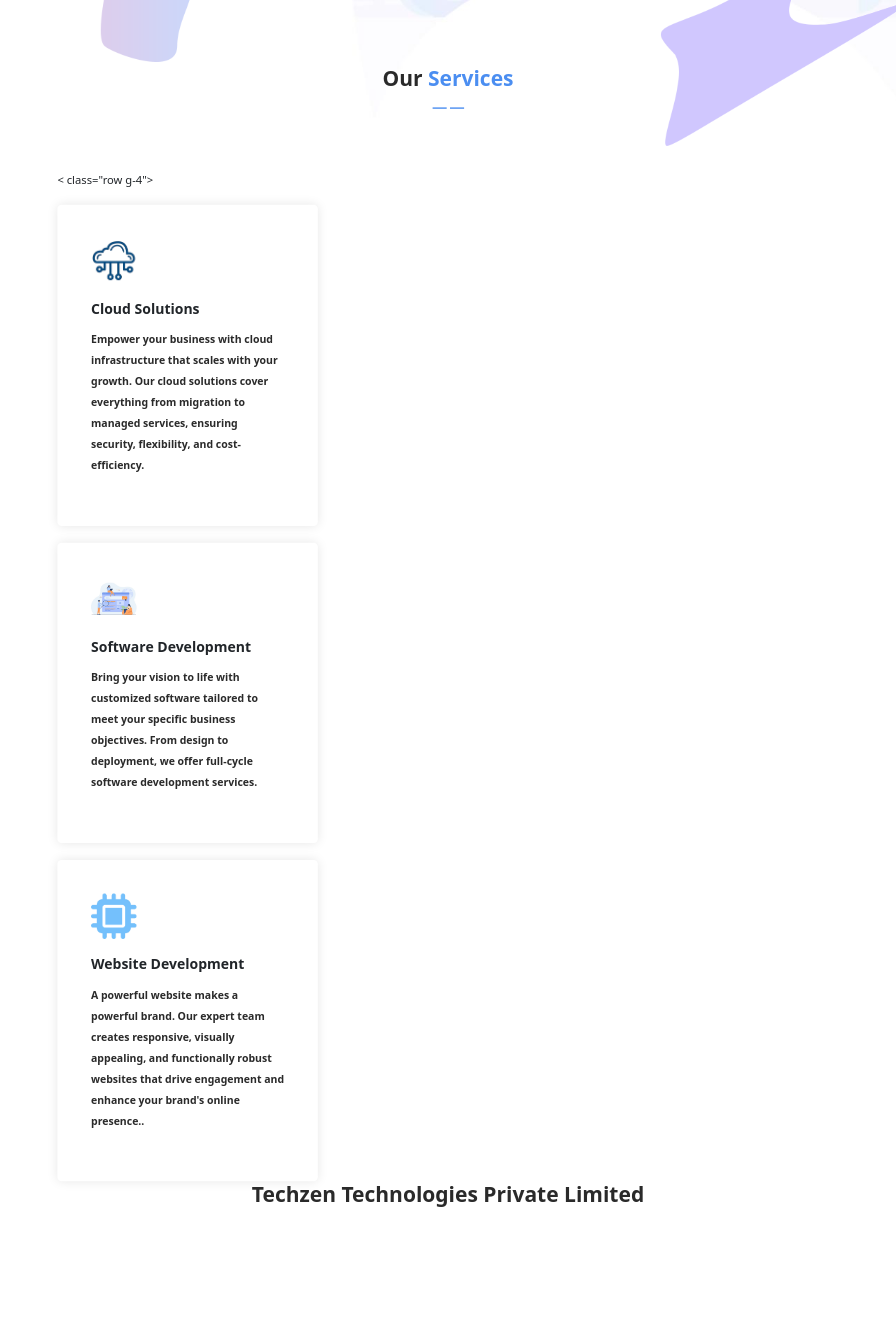
Repository: vijayholve/techzen
Page: about.html
These files come from the project's save history. The page is drawn as it stood at one moment and after a run of saves; the edit follows.
The browser window is 1280 px wide. The pictures show the part of the page from y = 1629 to 3549 px (the page is 4012 px tall before and 4722 px after), at 70% of full size.
Some web libraries are served in a nearby version.

Above is the page before, as saved 2024-11-13 16:48:53.

### about.html


<!DOCTYPE html>
<html lang="en">

  <head>

    <meta charset="UTF-8">
    <meta name="viewport" content="width=device-width, initial-scale=1, shrink-to-fit=no">
    <meta name="description" content="">
    <meta name="author" content="">
    <link rel="preconnect" href="https://fonts.googleapis.com">
    <link rel="preconnect" href="https://fonts.gstatic.com" crossorigin>
    <link href="https://fonts.googleapis.com/css2?family=Roboto:wght@100;300;400;500;700;900&display=swap" rel="stylesheet">

    <title>Techzen</title>

    <!-- Bootstrap core CSS -->
    <link href="vendor/bootstrap/css/bootstrap.min.css" rel="stylesheet">

<!--

TemplateMo 570 Chain App Dev

https://templatemo.com/tm-570-chain-app-dev

-->

    <!-- Additional CSS Files -->
    <link rel="stylesheet" href="https://use.fontawesome.com/releases/v5.8.1/css/all.css" integrity="sha384-50oBUHEmvpQ+1lW4y57PTFmhCaXp0ML5d60M1M7uH2+nqUivzIebhndOJK28anvf" crossorigin="anonymous">
    <link rel="stylesheet" href="assets/css/templatemo-chain-app-dev.css">
    <link rel="stylesheet" href="assets/css/animated.css">
    <link rel="stylesheet" href="assets/css/owl.css">
    <!-- <link rel="stylesheet" href="asse?ts/css2/templatemo-space-dynamic.css"> -->
<!-- <link rel="stylesheet" href="assets/css/style.css"> -->
<link href="https://cdn.jsdelivr.net/npm/bootstrap@5.3.0/dist/css/bootstrap.min.css" rel="stylesheet">
<link rel="stylesheet" href="assets/css/other.css">
</head>

<body>

<header class="navbar navbar-expand-lg fixed-top header-area header-sticky wow slideInDown" data-wow-duration="0.75s" data-wow-delay="0s">
  <div class="container">
    <div class="row">
      <div class="col-12">
        <nav class="main-nav">
          <!-- ***** Logo Start ***** -->
          <a href="index.html" class="logo img-fluid">
            <img src="assets/images/logo-tech.png" class="img-fluid custom-logo" alt="Chain App Dev">
          </a>

          <!-- ***** Logo End ***** -->
          <!-- ***** Menu Start ***** -->
          <ul class="nav">
            <li class="scroll-to-section"><a href="index.html">Home</a></li>
            <li class="scroll-to-section"><a href="service.html">Services</a></li>
            <li class="scroll-to-section"><a href="about.html" class="text-primary">About</a></li>
            <li class="scroll-to-section"><a href="support.html"  >Solution</a></li>
          </ul>
          <!-- ***** Menu End ***** -->
        </nav>
      </div>
    </div>
  </div>
</header>



  <div class="main-banner-about wow fadeIn" id="top" data-wow-duration="1s" data-wow-delay="0.5s">
    <div class="container">
      <div class="row">
        <div class="col-lg-12">
          <div class="row">
            <div class="col-lg-6 align-self-center">
              <div class="left-content header-text wow fadeInLeft" data-wow-duration="1s" data-wow-delay="1s">
                <h6 class="text-dark">Welcome to Techzen</h6>
                <h2>Transforming Your Vision into Outstanding <em>Websites </em> &amp; <span>Apps</span> .</h2>
                <p>We are a dynamic organization driven by a young and enthusiastic bunch of people, who are our real strength. We love our work and our workplace. The challenges at work turn a humdrum day into an adventure. While the team spirit makes even the most difficult task seem easy..</p>
                <!-- <form id="search" action="#" method="GET">
                  <fieldset>
                    <input type="address" name="address" class="email" placeholder="Your website URL..." autocomplete="on" required>
                  </fieldset>
                  <fieldset>
                    <button type="submit" class="main-button">Analyze Site</button>
                  </fieldset>
                </form> -->
              </div>
            </div>
            <div class="col-lg-6">
              <img src="assets/images/about.jpg" class="right-image-about wow fadeInRight" data-wow-duration="1s" data-wow-delay="0.5s">
                 <!-- alt="team meeting"> -->
            </div>
          </div>
        </div>
      </div>
    </div>
  </div>

  <div id="about" class="about-us section">
    <div class="container">
      <div class="row">
        <div class="col-lg-6 align-self-center">
          <div class="section-heading">
            <h4>About <em>What We Do</em> &amp; Who We Are</h4>
            <img src="assets/images/heading-line-dec.png" alt="">
            <!-- <p>Lorem ipsum dolor sit amet, consectetur adipiscing elit, sed do eismod tempor incididunt ut labore et dolore magna.</p> -->
          </div>
          <div class="row">
            <div class="col-lg-6">
              <div class="box-item">
                <h4><a href="#">Maintance Problems</a></h4>
                <!-- <p>Lorem Ipsum Text</p> -->
              </div>
            </div>
            <div class="col-lg-6">
              <div class="box-item">
                <h4><a href="#">24/7 Support &amp; Help</a></h4>
                <!-- <p>Lorem Ipsum Text</p> -->
              </div>
            </div>
            <div class="col-lg-6">
              <div class="box-item">
                <h4><a href="#">Fixing Issues About</a></h4>
                <!-- <p>Lorem Ipsum Text</p> -->
              </div>
            </div>
            <div class="col-lg-6">
              <div class="box-item">
                <h4><a href="#">Co. Development</a></h4>
                <!-- <p>Lorem Ipsum Text</p> -->
              </div>
            </div>
            <div class="col-lg-12 text-dark font-weight-bold">
              <p>Techzen IT Solutions is a leading firm based in India. "Our ultimate objective is to provide best services and improve overall growth of client's business in the cut-throat market".
                .</p>
              <div class="gradient-button">
                <!-- <a href="#">Start 14-Day Free Trial</a> -->
              </div>
              <!-- <span>*No Credit Card Required</span> -->
            </div>
          </div>
        </div>
        <div class="col-lg-6">
          <div class="right-image">
            <img src="assets/images/about-right-dec.png" alt="">
          </div>
        </div>
      </div>
    </div>
  </div>


  <div id="services" class="services section">
    <div class="container">
      <div class="row">
        <div class="col-lg-8 offset-lg-2">
          <div class="section-heading  wow fadeInDown" data-wow-duration="1s" data-wow-delay="0.5s">
            <h4>Our
              <em>Services</em></h4>
            <img src="assets/images/heading-line-dec.png" alt="">

            </p>
          </div>
        </div>
      </div>
    </div>
  <div class="container">

    < class="row g-4">
        <div class="col-lg-4 col-md-6  wow fadeInUp" data-wow-delay="0.4s">
            <div class="service-item mt-4 rounded h-100 p-5">
                <div class="d-inline-flex align-items-center justify-content-center bg-white rounded-circle mb-4" style="width: 65px; height: 65px;">
                    <img src="all images/th__8_-removebg-preview.png" alt="">
                </div>
                <h4 class="mb-3">Cloud Solutions</h4>
                <p class="mb-4">Empower your business with cloud infrastructure that scales with your growth. Our cloud
                  solutions cover everything from migration to managed services, ensuring security, flexibility,
                  and cost-efficiency.</p>
            </div>
        </div>
        <div class="col-lg-4 col-md-6 wow fadeInUp" data-wow-delay="0.4s">
            <div class="service-item mt-4 rounded h-100 p-5">
                <div class="d-inline-flex align-items-center justify-content-center bg-white rounded-circle mb-4" style="width: 65px; height: 65px;">
                    <img src="assets/images/about.jpg" alt="">
                </div>
                <h4 class="mb-3">Software Development</h4>
                <p class="mb-4">Bring your vision to life with customized software tailored to meet your specific business
                  objectives. From design to deployment, we offer full-cycle software development services.</p>
            </div>
        </div>
        <div class="col-lg-4 col-md-6 wow fadeInUp" data-wow-delay="0.4s">
            <div class="service-item mt-4 rounded h-100 p-5">
                <div class="d-inline-flex align-items-center justify-content-center bg-white rounded-circle mb-4" style="width: 65px; height: 65px;">
                    <img src="assets/images/microchip-solid__1___2_-removebg-preview.png" alt="">
                </div>
                <h4 class="mb-3">Website Development</h4>
                <p class="mb-4">A powerful website makes a powerful brand. Our expert team creates responsive, visually
                  appealing, and functionally robust websites that drive engagement and enhance your brand's
                  online presence..</p>
            </div>
        </div>
        </





  <footer id="newsletter">
    <div class="container">
      <div class="row">
        <div class="col-lg-8 offset-lg-2">
          <div class="section-heading">
            <h4>Techzen Technologies Private limited</h4>
          </div>
        </div>
        <div class="col-lg-6 offset-lg-3">

        </div>
      </div>
      <div class="row">
          <div class="col-lg-3">
            <div class="footer-widget">
              <h4>About Us</h4>

              <ul>
                <li><a href="index.html">Home</a></li>
                <li><a href="about.html">About</a></li>
                <li><a href="service.html">Service</a></li>
                <li><a href="support.html">Solution</a></li>
            </div>
          </div>
        <div class="col-lg-3">
          <div class="footer-widget">
            <h4>Contact Us</h4>
            <p>
              Techzen Technologies Private Limited
              Mauli Nagar, Magarpatta, Hadapsar, Pune, Maharashtra 411028</p>
            <p><a href="#">
              📞 +91 8180944800
              </a></p>
            <!--<p><a href="#"> Support: support@techzentech.in</a></p>
              <p><a href="#"> Contact: info@techzentech.in</a></p>  -->
          </div>
        </div>
        <div class="col-lg-3">
          <div class="footer-widget">
            <h4>Useful Links</h4>
            <ul>
              <li><a href="https://www.instagram.com/techzen_technologies_
                ">Instagram </a></li>
              <li><a href="https://www.linkedin.com/in/techzen-technologies-4746372a7
                ">Linkedin</a></li>
              <!-- <li><a href="#">Development</a></li>
              <li><a href="#">App News</a></li> -->
            </ul>
            <!-- <ul>
              <li><a href="#">App Dev Team</a></li>
              <li><a href="#">Digital Web</a></li>
              <li><a href="#">Normal Apps</a></li>
            </ul> -->
          </div>
        </div>
        <div class="col-lg-3">
            <div class="footer-widget">
              <h4>Technical Support </h4>
              <p>

                  <p><a href="#">  support@techzentech.in</a></p>
                  <p><a href="#">  info@techzentech.in</a></p>
                  <p><a href="#">sales@techzentech.in</a></p>
              <p><a href="#">
                📞 +91 8177816241
                </a></p>
              <!-- <p><a href="#">Sales: sales@techzentech.in</a></p> -->
              <!-- <p><a href="#"> Support: support@techzentech.in</a></p>
                <p><a href="#"> Contact: info@techzentech.in</a></p> -->
            </div>
          </div>
        <!-- <div class="col-lg-3">
          <div class="footer-widget">
            <h4>About Our Company</h4>
            <div class="logo">
              <img src="assets/images/white-logo.png" alt="">
            </div>
            <p>We are a dynamic organization driven by a young and enthusiastic bunch of people, who are our real strength. We love our work and our workplace. The challenges at work turn a humdrum day into an adventure. While the team spirit makes even the most difficult task seem easy..</p>
          </div>
        </div> -->
        <div class="col-lg-12">
          <div class="copyright-text">
            <p>Copyright © Techzen App Dev Company. All Rights Reserved.
          </div>
        </div>
      </div>
    </div>
  </footer>


 <!-- Scripts -->
 <script src="vendor/jquery/jquery.min.js"></script>
 <script src="https://code.jquery.com/jquery-3.3.1.slim.min.js" integrity="sha384-q8i/X+965DzO0rT7abK41JStQIAqVgRVzpbzo5smXKp4YfRvH+8abtTE1Pi6jizo" crossorigin="anonymous"></script>
 <script src="https://cdn.jsdelivr.net/npm/popper.js@1.14.7/dist/umd/popper.min.js" integrity="sha384-UO2eT0CpHqdSJQ6hJty5KVphtPhzWj9WO1clHTMGa3JDZwrnQq4sF86dIHNDz0W1" crossorigin="anonymous"></script>
 <script src="https://cdn.jsdelivr.net/npm/bootstrap@4.3.1/dist/js/bootstrap.min.js" integrity="sha384-JjSmVgyd0p3pXB1rRibZUAYoIIy6OrQ6VrjIEaFf/nJGzIxFDsf4x0xIM+B07jRM" crossorigin="anonymous"></script> <script src="assets/js/owl-carousel.js"></script>
 <script src="assets/js/animation.js"></script>


</body>
</html>

### assets/css/other.css

.contact-us {
    padding: 160px 0px;
    background-image: url(../images/White_Colorful_Modern_Diagram_Graph__4_-removebg-preview.png);
    background-repeat: no-repeat;
    background-position: center center;
    background-size: cover;
  }

  .contact-us .section-heading h2,
  .contact-us .section-heading h2 em,
  .contact-us .section-heading h2 span {
    color: #fff;
  }

  .contact-us .section-heading p {
    color: #fff;
    margin-top: 30px;
  }

  .phone-info {
    margin-top: 40px;
  }

  .phone-info h4 {
    font-size: 20px;
    font-weight: 700;
    color: #fff;
  }

  .phone-info h4 span i {
    width: 46px;
    height: 46px;
    display: inline-block;
    text-align: center;
    line-height: 46px;
    background-color: #fff;
    border-radius: 50%;
    color: #ff3b2c;
    font-size: 22px;
    margin-left: 30px;
    margin-right: 15px;
  }

  .phone-info h4 span a {
    color: #fff;
    font-size: 15px;
    font-weight: 400;
  }

  form#contact .contact-dec {
    position: absolute;
    right: -166px;
    bottom: 0;
  }

  form#contact .contact-dec img {
    max-width: 178px;
  }

  form#contact {
    margin-left: 30px;
    position: relative;
    background-color: #fff;
    padding: 60px 30px;
    border-radius: 20px;
  }

  form#contact input {
    width: 100%;
    height: 46px;
    border-radius: 33px;
    background-color: #d1f3ff;
    border: none;
    outline: none;
    font-size: 15px;
    font-weight: 300;
    color: #2a2a2a;
    padding: 0px 20px;
    margin-bottom: 20px;
  }

  form#contact input::placeholder {
    color: #2a2a2a;
  }

  form#contact textarea {
    width: 100%;
    min-width: 100%;
    max-width: 100%;
    max-height: 180px;
    min-height: 140px;
    height: 140px;
    border-radius: 20px;
    background-color: #d1f3ff;
    border: none;
    outline: none;
    font-size: 15px;
    font-weight: 300;
    color: #2a2a2a;
    padding: 15px 20px;
    margin-bottom: 20px;
  }

  form#contact textarea::placeholder {
    color: #2a2a2a;
  }

  form#contact button {
    display: inline-block;
    background-color: #03a4ed;
    font-size: 15px;
    font-weight: 400;
    color: #fff;
    text-transform: capitalize;
    padding: 12px 25px;
    border-radius: 23px;
    letter-spacing: 0.25px;
    border: none;
    outline: none;
    transition: all .3s;
  }

  form#contact button:hover {
    background-color: #fe3f40;
  }

  .img-service{
    width: 250px;
    height: auto;
    margin-bottom: 20px;
  }

.header-area {
  z-index: 1000; /* Ensure it stays on top of other elements */
}
.custom-logo {
max-width: 150px; /* Set your preferred maximum width */
height: auto; /* Maintains aspect ratio */
}

/* </style */

.main-nav .nav {
display: none;
}

.main-nav .nav.active {
display: block;
}
.menu-trigger {
display: inline-block;
cursor: pointer;
}

.menu-trigger span {
display: block;
background: #333;
width: 30px;
height: 3px;
margin: 5px 0;
}




.main-banner-about .left-content h2 {
font-size: 50px;
font-weight: 700;
color: #2a2a2a;
line-height: 72px;
}

.main-banner-about .left-content h2 em {
color: #03a4ed;
font-style: normal;
}

.main-banner-about .left-content h2 span {
color: #fe3f40;
}

.main-banner-about .left-content p {
margin: 20px 0px;
}

.main-banner-about .left-content form {
margin-top: 30px;
width: 470px;
height: 66px;
position: relative;
}


.menu-trigger {
display: inline-block;
cursor: pointer;
}

.menu-trigger span {
display: block;
background: #333;
width: 30px;
height: 3px;
margin: 5px 0;
}

Loaded but not shown: vendor/bootstrap/css/bootstrap.min.css (library); assets/css/animated.css (common file); vendor/jquery/jquery.min.js (library); assets/js/owl-carousel.js (3448 lines, source omitted); assets/js/animation.js (193 lines, source omitted); assets/css/templatemo-chain-app-dev.css (2272 lines, source omitted); assets/css/owl.css (186 lines, source omitted)

After the next 3 saves:
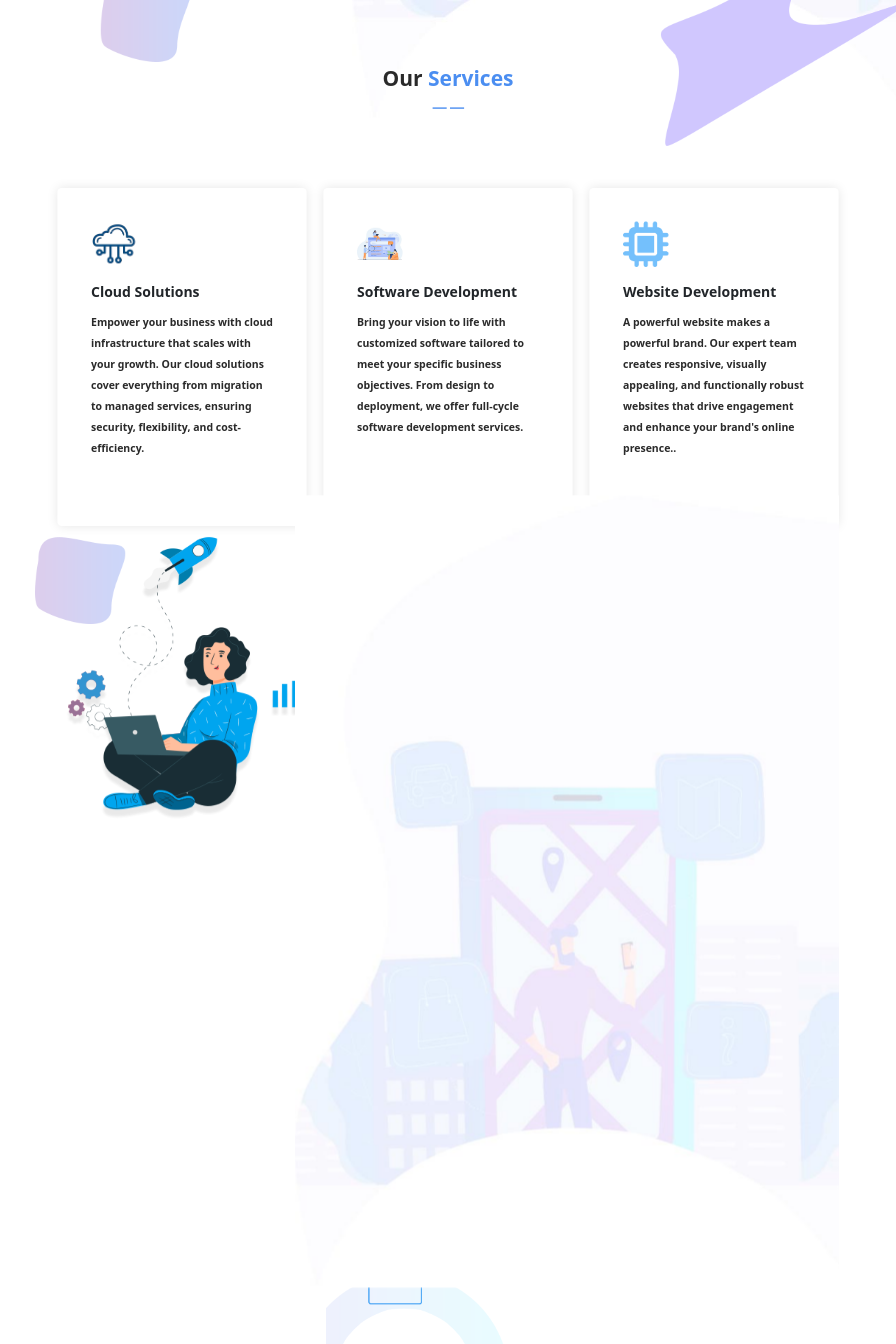
The 3 saves are shown as one change because they came seconds apart.
The last was saved 10 s later.
--- a/about.html
+++ b/about.html
@@ -166,7 +166,7 @@ https://templatemo.com/tm-570-chain-app-dev
     </div>
   <div class="container">
 
-    < class="row g-4">
+    <div class="row g-4">
         <div class="col-lg-4 col-md-6  wow fadeInUp" data-wow-delay="0.4s">
             <div class="service-item mt-4 rounded h-100 p-5">
                 <div class="d-inline-flex align-items-center justify-content-center bg-white rounded-circle mb-4" style="width: 65px; height: 65px;">
@@ -199,8 +199,72 @@ https://templatemo.com/tm-570-chain-app-dev
                   online presence..</p>
             </div>
         </div>
-        </
-
+      </div>
+
+
+
+
+      <div id="about" class="about-us section">
+        <div class="container">
+          <div class="row">
+            <div class="col-lg-4">
+              <div class="left-image wow fadeIn" data-wow-duration="1s" data-wow-delay="0.2s">
+                <img src="assets/images/about-left-image.png" alt="person graphic">
+              </div>
+            </div>
+            <div class="col-lg-8 align-self-center">
+              <div class="services">
+                <div class="row">
+                  <div class="col-lg-6">
+                    <div class="item wow fadeIn" data-wow-duration="1s" data-wow-delay="0.5s">
+                      <div class="icon">
+                        <img src="assets/images/service-icon-01.png" alt="reporting">
+                      </div>
+                      <div class="right-text">
+                        <h4>Data Analysis</h4>
+                        <p>Lorem ipsum dolor sit amet, ctetur aoi adipiscing eliter</p>
+                      </div>
+                    </div>
+                  </div>
+                  <div class="col-lg-6">
+                    <div class="item wow fadeIn" data-wow-duration="1s" data-wow-delay="0.7s">
+                      <div class="icon">
+                        <img src="assets/images/service-icon-02.png" alt="">
+                      </div>
+                      <div class="right-text">
+                        <h4>Data Reporting</h4>
+                        <p>Lorem ipsum dolor sit amet, ctetur aoi adipiscing eliter</p>
+                      </div>
+                    </div>
+                  </div>
+                  <div class="col-lg-6">
+                    <div class="item wow fadeIn" data-wow-duration="1s" data-wow-delay="0.9s">
+                      <div class="icon">
+                        <img src="assets/images/service-icon-03.png" alt="">
+                      </div>
+                      <div class="right-text">
+                        <h4>Web Analytics</h4>
+                        <p>Lorem ipsum dolor sit amet, ctetur aoi adipiscing eliter</p>
+                      </div>
+                    </div>
+                  </div>
+                  <div class="col-lg-6">
+                    <div class="item wow fadeIn" data-wow-duration="1s" data-wow-delay="1.1s">
+                      <div class="icon">
+                        <img src="assets/images/service-icon-04.png" alt="">
+                      </div>
+                      <div class="right-text">
+                        <h4>SEO Suggestions</h4>
+                        <p>Lorem ipsum dolor sit amet, ctetur aoi adipiscing eliter</p>
+                      </div>
+                    </div>
+                  </div>
+                </div>
+              </div>
+            </div>
+          </div>
+        </div>
+      </div>
 
 
 
